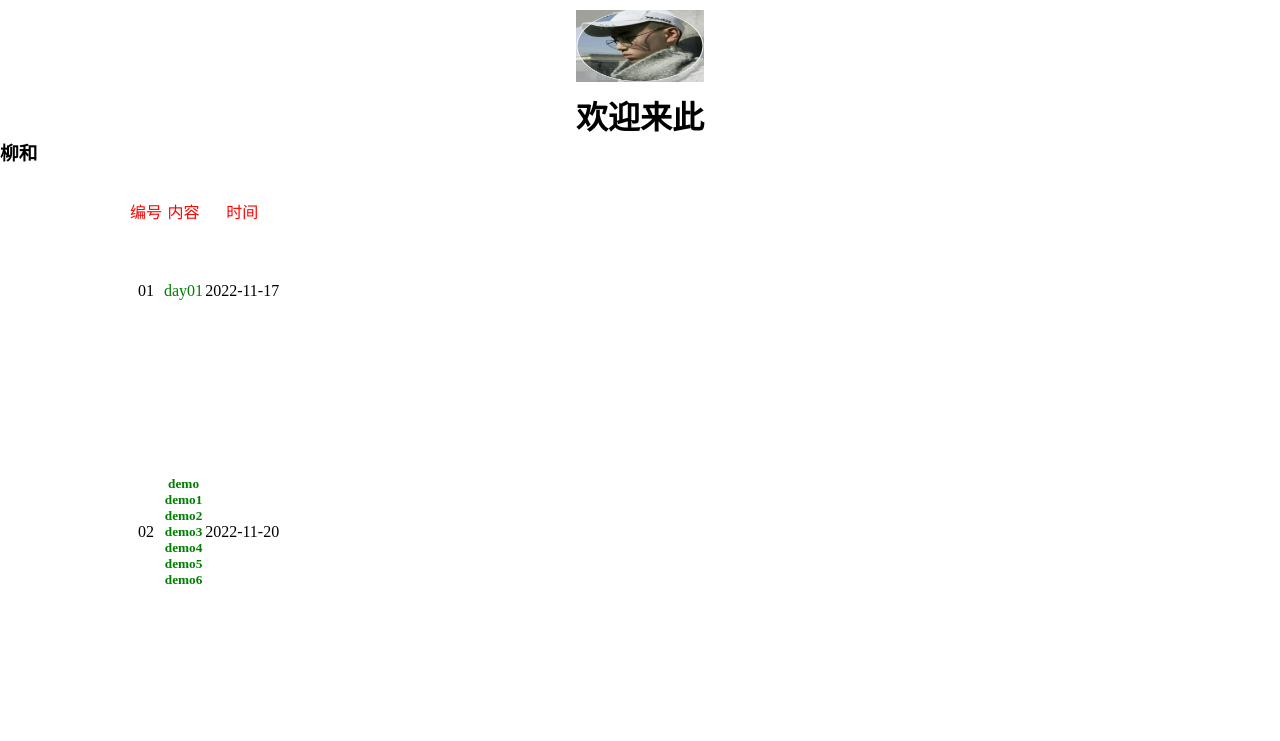
Repository: FengMo1314/JavaWeb
Page: http://localhost/JavaWeb_chen/
An editor plug-in stored every save of this project. The page is shown before and after the next save, followed by the edit.
The browser window is 1280 px wide. The pictures show the whole page.
The page is served by Tomcat 10. Nobody is signed in. The application's start-up code is not run. Other server files are loaded and not shown.

Above is the page before, as saved 2022-11-20 08:32:43.

### JavaWeb&chen/src/main/webapp/index.jsp
<%@ page language="java" contentType="text/html; charset=UTF-8"
    pageEncoding="UTF-8"%>
<html>
<head>
<meta charset="UTF-8">
<link rel="Shortcut Icon" href="imgs/index/favicon.ico" type="image/x-icon" />
<link rel="stylesheet" href="css/index/index.css">
<title>Liu He's private service</title>
</head>
<body>
<%

%>
	<div class="box">
		<img alt="完了" src="imgs/index/index.png">
		<h1>欢迎来此</h1>
		<h3>柳和</h3>
		<form action="">
			<table>
			<tr align="center" style="color: red">
			<td>编号</td>
			<td>内容</td>
			<td>时间</td>
			</tr>
			<tr align="center">
			<td>01</td>
			<td><a href="day01">day01</a></td>
			<td>2022-11-17</td>
			</tr>
			<tr align="center">
			<td>02</td>
			<td>
			<h5>
			<a href="day02">demo</a>
			</h5>
			<h5>
			<a href="day02-1">demo1</a>
			</h5>
			<h5>
			<a href="html/demo.html">demo2</a>
			</h5>
			<h5>
			<a href="day02-3">demo3</a>
			</h5>
			<h5>
			<a href="day02-4">demo4</a>
			</h5>
			<h5>
			<a href="day02-5">demo5</a>
			</h5>
			<h5>
			<a href="day02-6">demo6</a>
			</h5>
			</td>
			<td>2022-11-20</td>
			</tr>
			<%--
			<tr align="center">
			<td>03</td>
			<td><a href="day03">day03</a></td>
			<td>2022-12-12</td>
			</tr>
			<tr align="center">
			<td>04</td>
			<td><a href="day04">day04</a></td>
			<td>2022-12-13</td>
			</tr>
			<tr align="center">
			<td>05</td>
			<td><a href="day05">day05</a></td>
			<td>2022-12-14</td>
			</tr>
			<tr align="center">
			<td>06</td>
			<td><a href="day06">day06</a></td>
			<td>2022-12-15</td>
			</tr>
			--%>
			</table>
		</form>
	</div>
</body>
</html>

### JavaWeb&chen/src/main/webapp/css/index/index.css
@charset "UTF-8";
*{
	margin: 0;
	padding: 0

}

.box{
	width: 100%;
	height: 100%;
}
img{
	width: 10%;
	height: 10%;
	margin: 10px 45% 10px 45%;
}
h1{
	text-align: center;
}
table {
	height: 80%;
	padding: 0 10% 0 10%;
}
a {
	color:green;
	text-decoration: none;
}

After the next save:
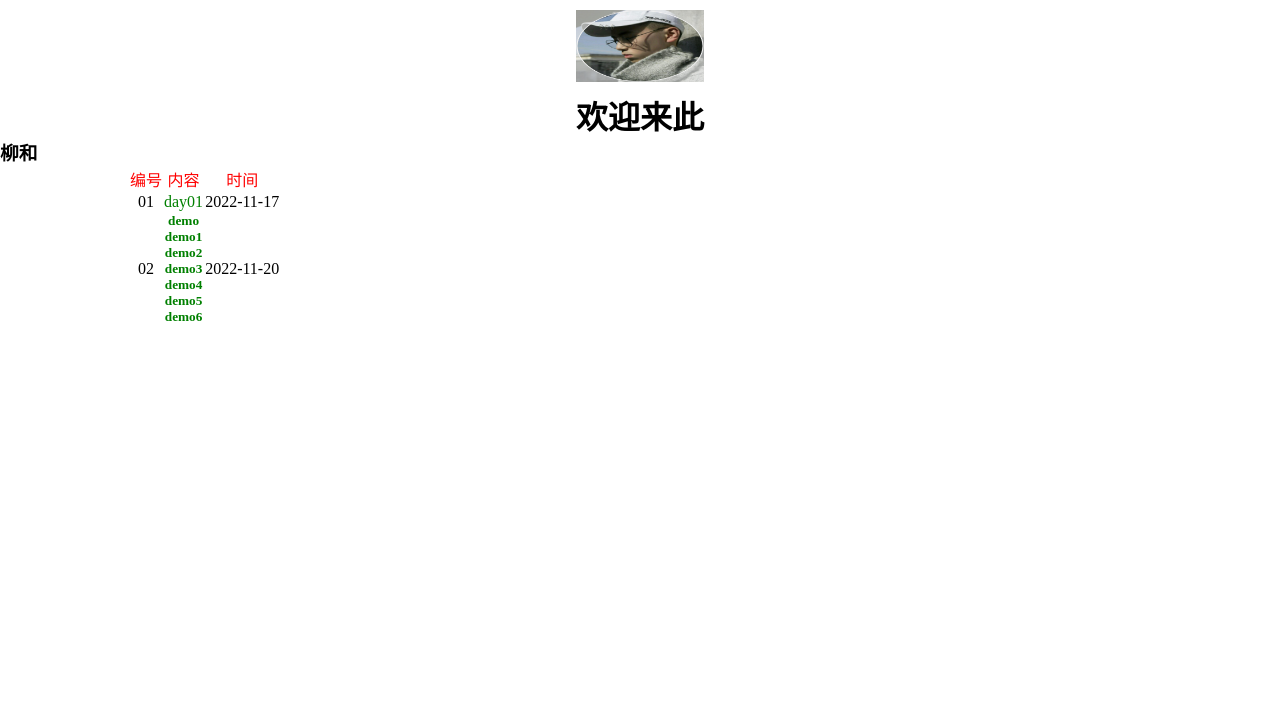
Saved 2 min 25 s later.
--- a/JavaWeb&chen/src/main/webapp/css/index/index.css
+++ b/JavaWeb&chen/src/main/webapp/css/index/index.css
@@ -18,7 +18,6 @@ h1{
 	text-align: center;
 }
 table {
-	height: 80%;
 	padding: 0 10% 0 10%;
 }
 a {
